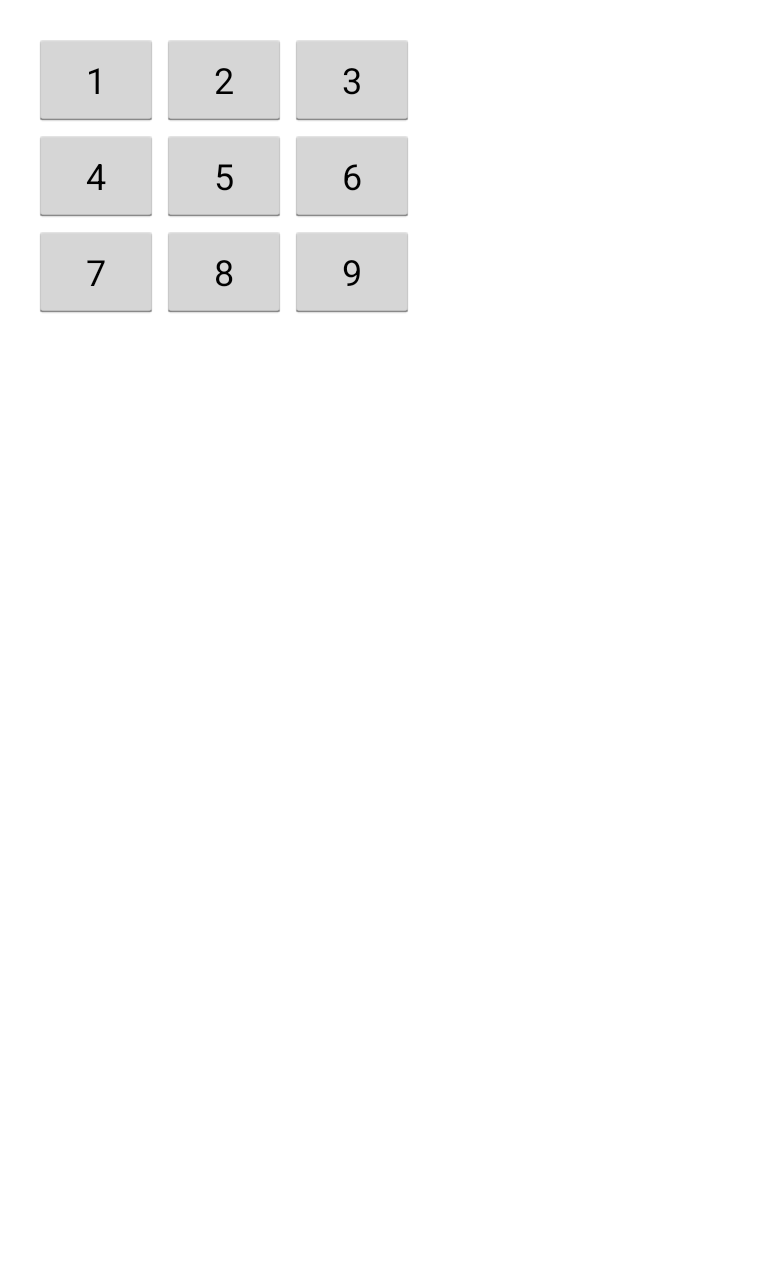
Repository: huynkprovn/monbat
Layout: android/workspace/ejemplo2/res/layout/activity_main2.xml
The author's editor kept a copy of each file at every save. The layout is drawn from the files as they stood at one save, then again after the next save.
It is drawn on a 768 x 1280 px phone screen (xhdpi) without system bars, with theme AppTheme; the app's code is not run.

Above is the layout before, as saved 2013-08-03 13:40:00.

### android/workspace/ejemplo2/res/layout/activity_main2.xml
<?xml version="1.0" encoding="utf-8"?>
<RelativeLayout xmlns:android="http://schemas.android.com/apk/res/android"
    android:layout_width="match_parent"
    android:layout_height="match_parent"
    android:orientation="vertical">

    <include
        android:id="@+id/botones1"
        layout="@layout/activity_main"/>

    <Button
        android:layout_width="match_parent"
	    android:layout_height="wrap_content"
	    android:text="@string/boton0"
	    android:layout_below="@+id/botones1"/>


</RelativeLayout>

### android/workspace/ejemplo2/res/layout/activity_main.xml
<TableLayout xmlns:android="http://schemas.android.com/apk/res/android"
    xmlns:tools="http://schemas.android.com/tools"
    android:layout_width="match_parent"
    android:layout_height="match_parent"
    android:paddingBottom="@dimen/activity_vertical_margin"
    android:paddingLeft="@dimen/activity_horizontal_margin"
    android:paddingRight="@dimen/activity_horizontal_margin"
    android:paddingTop="@dimen/activity_vertical_margin"
    tools:context=".MainActivity" >

    <TableRow
        android:layout_width="match_parent">

        <Button
            android:layout_width="match_parent"
	        android:layout_height="wrap_content"
	        android:text="@string/boton1"/>

        <Button
            android:layout_width="match_parent"
	        android:layout_height="wrap_content"
	        android:text="@string/boton2"/>

        <Button
            android:layout_width="match_parent"
	        android:layout_height="wrap_content"
	        android:text="@string/boton3"/>

    </TableRow>

    <TableRow
        android:layout_width="match_parent">

        <Button
            android:layout_width="match_parent"
	        android:layout_height="wrap_content"
	        android:text="@string/boton4"/>

        <Button
            android:layout_width="match_parent"
	        android:layout_height="wrap_content"
	        android:text="@string/boton5"/>

        <Button
            android:layout_width="match_parent"
	        android:layout_height="wrap_content"
	        android:text="@string/boton6"/>

    </TableRow>

    <TableRow
        android:layout_width="match_parent">

        <Button
            android:layout_width="match_parent"
	        android:layout_height="wrap_content"
	        android:text="@string/boton7"/>

        <Button
            android:layout_width="match_parent"
	        android:layout_height="wrap_content"
	        android:text="@string/boton8"/>

        <Button
            android:layout_width="match_parent"
	        android:layout_height="wrap_content"
	        android:text="@string/boton9"/>

    </TableRow>


</TableLayout>

### android/workspace/ejemplo2/res/values/strings.xml
<?xml version="1.0" encoding="utf-8"?>
<resources>

    <string name="app_name">ejemplo2</string>
    <string name="action_settings">Settings</string>
    <string name="hello_world">Hello world!</string>
    <string name="boton1">1</string>
	<string name="boton2">2</string>
	<string name="boton3">3</string>
	<string name="boton4">4</string>
	<string name="boton5">5</string>
	<string name="boton6">6</string>
	<string name="boton7">7</string>
	<string name="boton8">8</string>
	<string name="boton9">9</string>
	<string name="boton0">0</string>
</resources>

Loaded but not shown: android/workspace/ejemplo2/res/values/styles.xml (common file); android/workspace/ejemplo2/res/values-v11/styles.xml (common file); android/workspace/ejemplo2/res/values-v14/styles.xml (common file); android/workspace/ejemplo2/res/values/dimens.xml (common file)

After the next save:
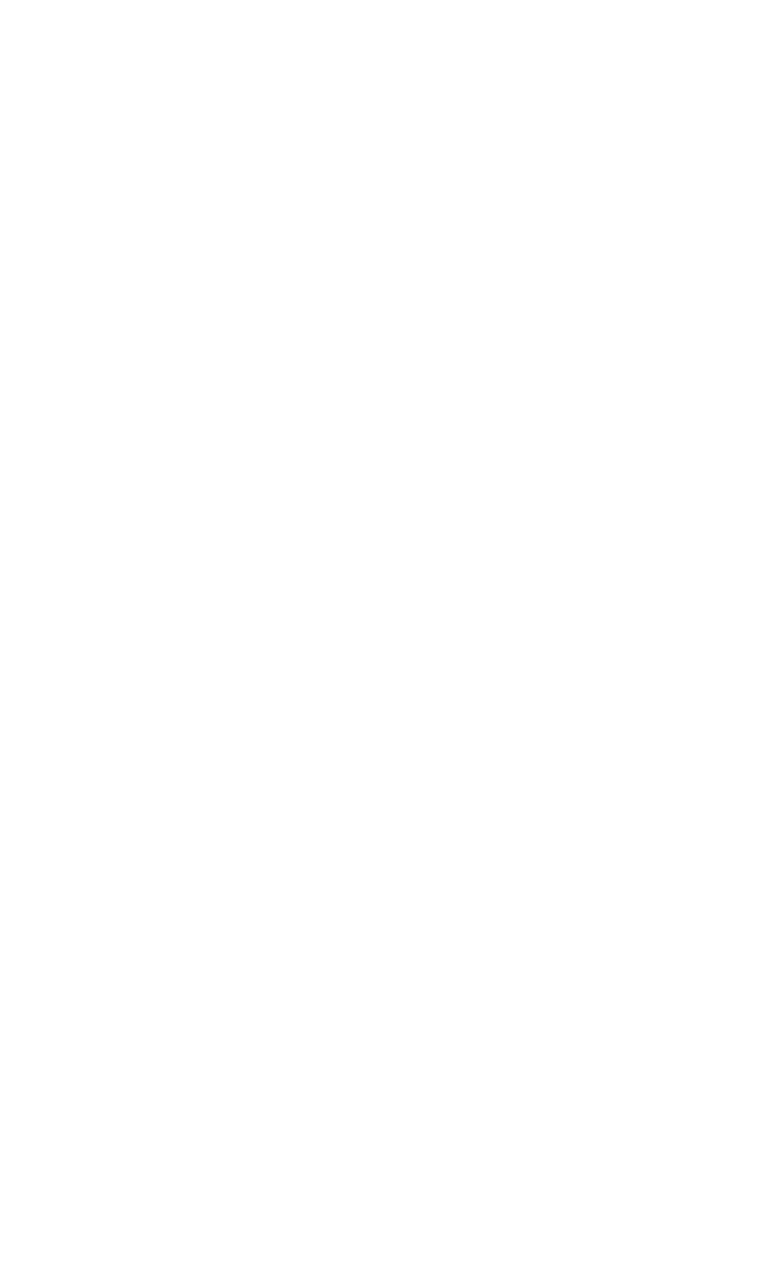
Saved 52 s later.
--- a/android/workspace/ejemplo2/res/layout/activity_main2.xml
+++ b/android/workspace/ejemplo2/res/layout/activity_main2.xml
@@ -1,8 +1,7 @@
 <?xml version="1.0" encoding="utf-8"?>
 <RelativeLayout xmlns:android="http://schemas.android.com/apk/res/android"
     android:layout_width="match_parent"
-    android:layout_height="match_parent"
-    android:orientation="vertical">
+    android:layout_height="match_parent"/>
 
     <include
         android:id="@+id/botones1"

After the save that followed:
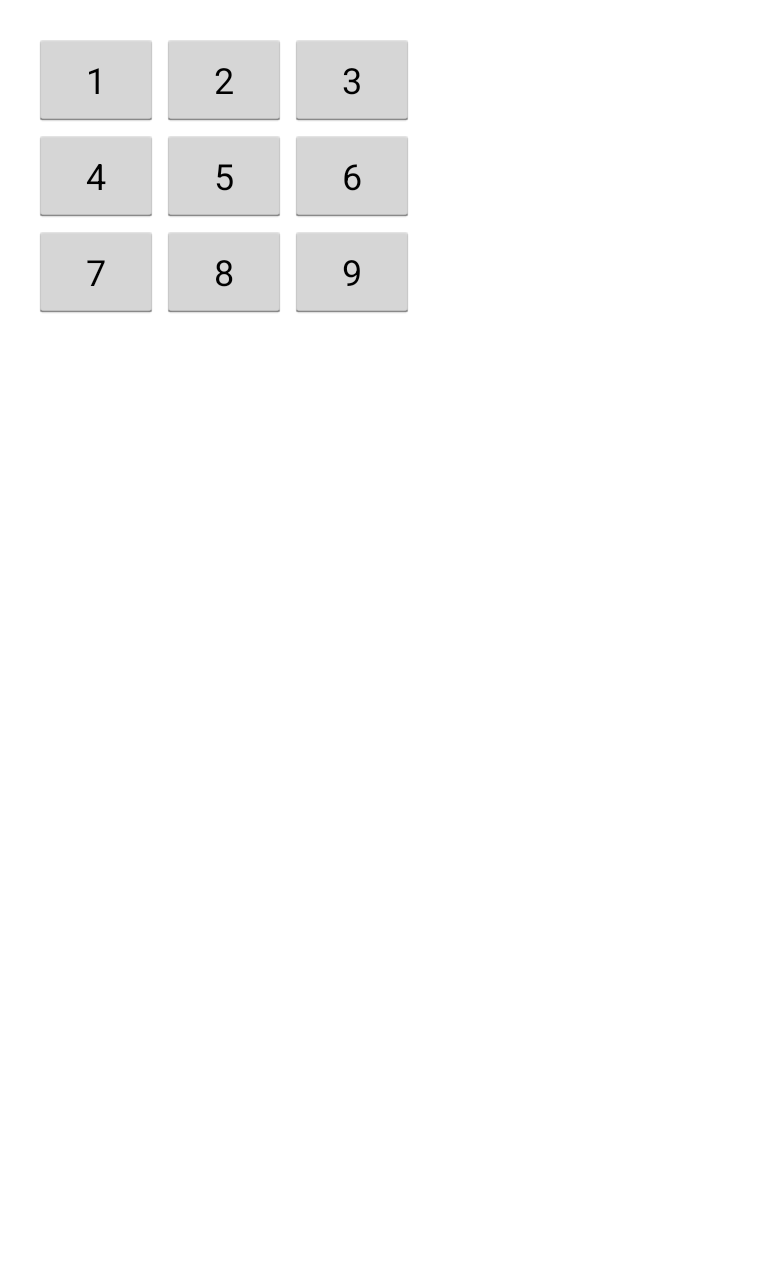
Saved 29 s later.
--- a/android/workspace/ejemplo2/res/layout/activity_main2.xml
+++ b/android/workspace/ejemplo2/res/layout/activity_main2.xml
@@ -1,7 +1,7 @@
 <?xml version="1.0" encoding="utf-8"?>
 <RelativeLayout xmlns:android="http://schemas.android.com/apk/res/android"
     android:layout_width="match_parent"
-    android:layout_height="match_parent"/>
+    android:layout_height="match_parent">
 
     <include
         android:id="@+id/botones1"
